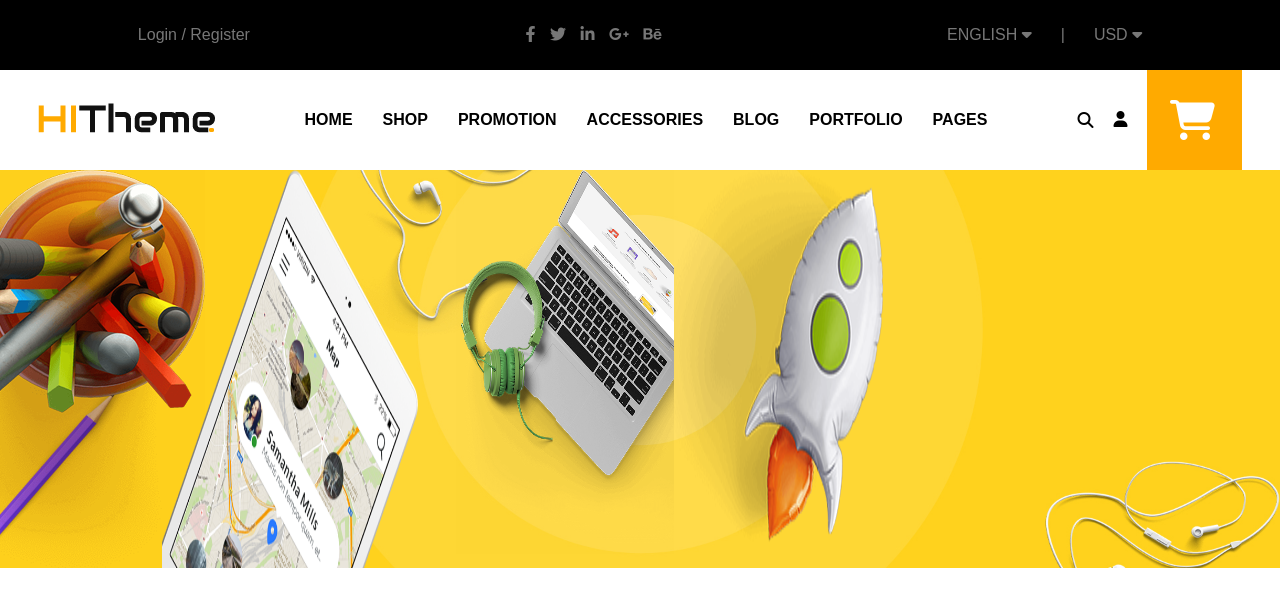
Repository: Thach1311/DU-AN-WEB-BAN-HANG-
Page: index1.html
The author's editor kept a copy of each file at every save. The page is drawn from the files as they stood at one save, then again after the next save.
The browser window is 1280 px wide. The pictures show the whole page.

Above is the page before, as saved 2023-02-23 17:38:14.

After the next save:
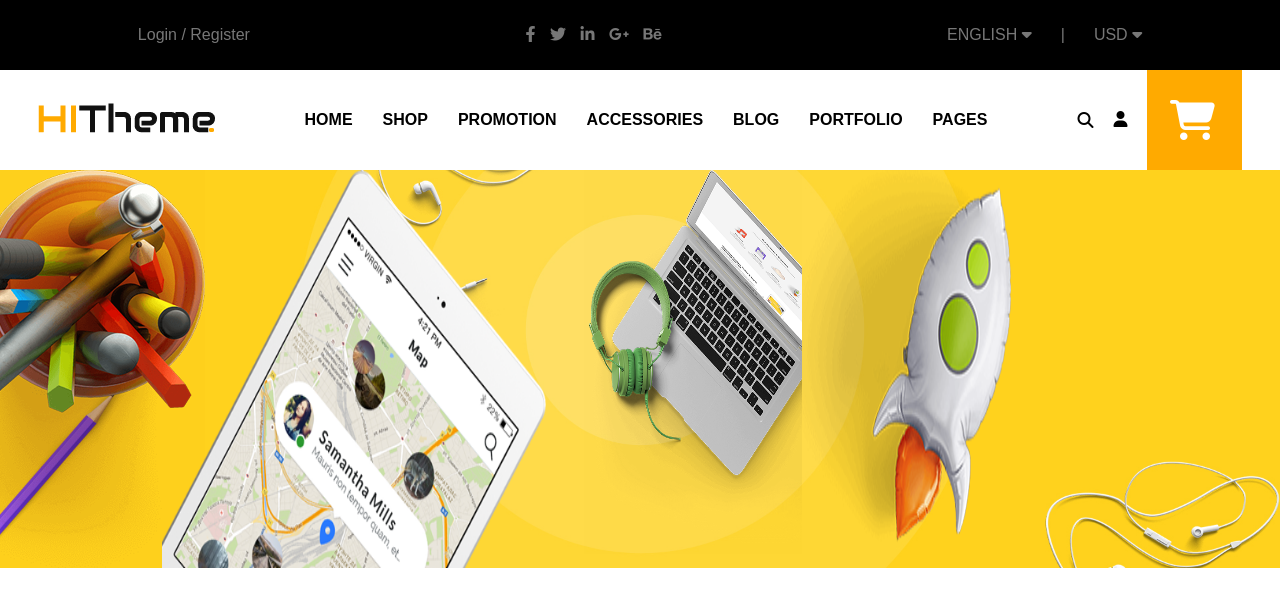
Saved 3 s later.
--- a/CSS/style1.css
+++ b/CSS/style1.css
@@ -625,7 +625,7 @@
 .slide__bgMain-item2{
 
      animation: go 3s infinite alternate-reverse;
-     width: 20%;
+     width: 30%;
 }
 .slide__bgMain-item3{
     width: 20%;
